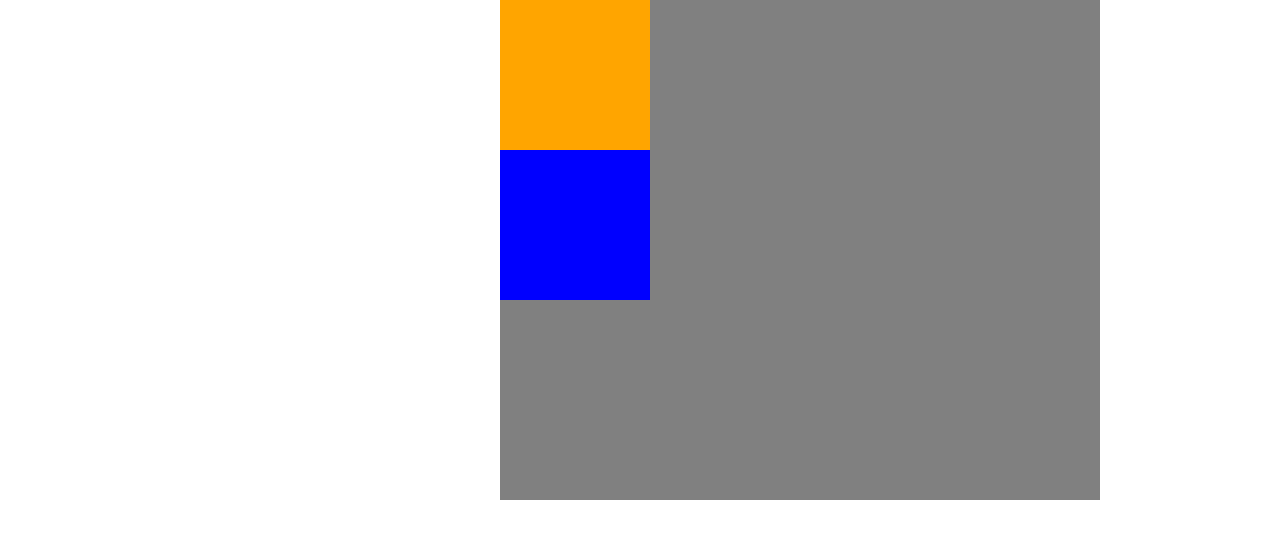
Repository: AytacSafarova/Task-12
Page: index.html
An editor plug-in stored every save of this project. The page is shown before and after a run of saves, followed by the edit.
The browser window is 1280 px wide. The pictures show the whole page.

Above is the page before, as saved 2023-07-27 13:53:15.

After the next 2 saves:
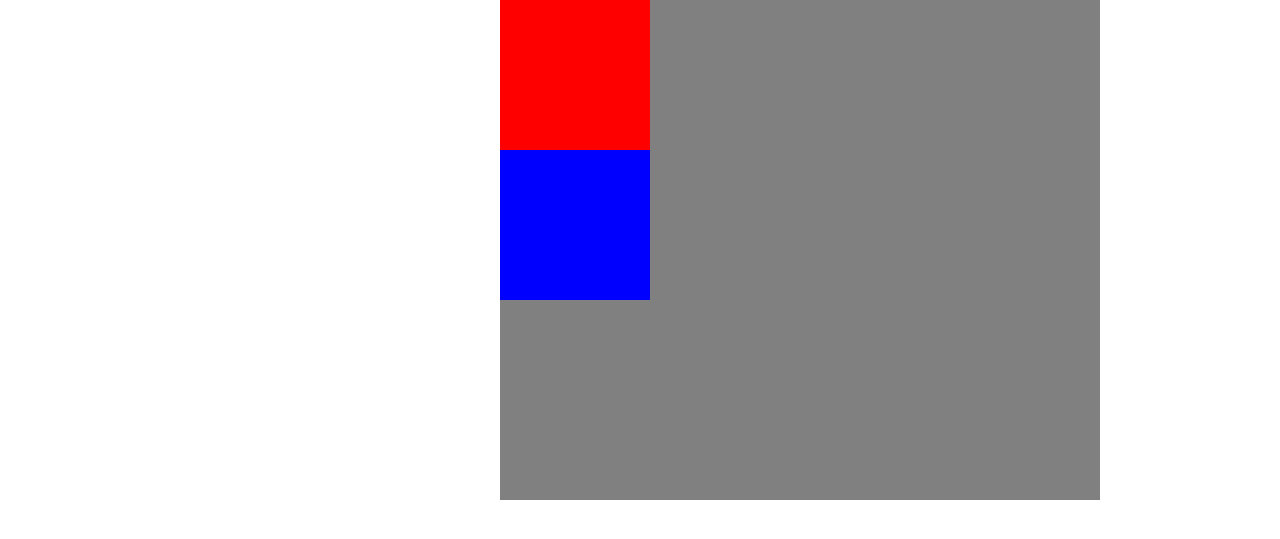
The 2 saves are shown as one change because they came seconds apart.
The last was saved 47 s later.
--- a/index.css
+++ b/index.css
@@ -22,6 +22,8 @@
 }
 .card:nth-child(2){
     background-color: red;
+    position: relative;
+    z-index: 3;
 }.card:nth-child(3){
     background-color: blue;
 }

After the 3 saves that followed:
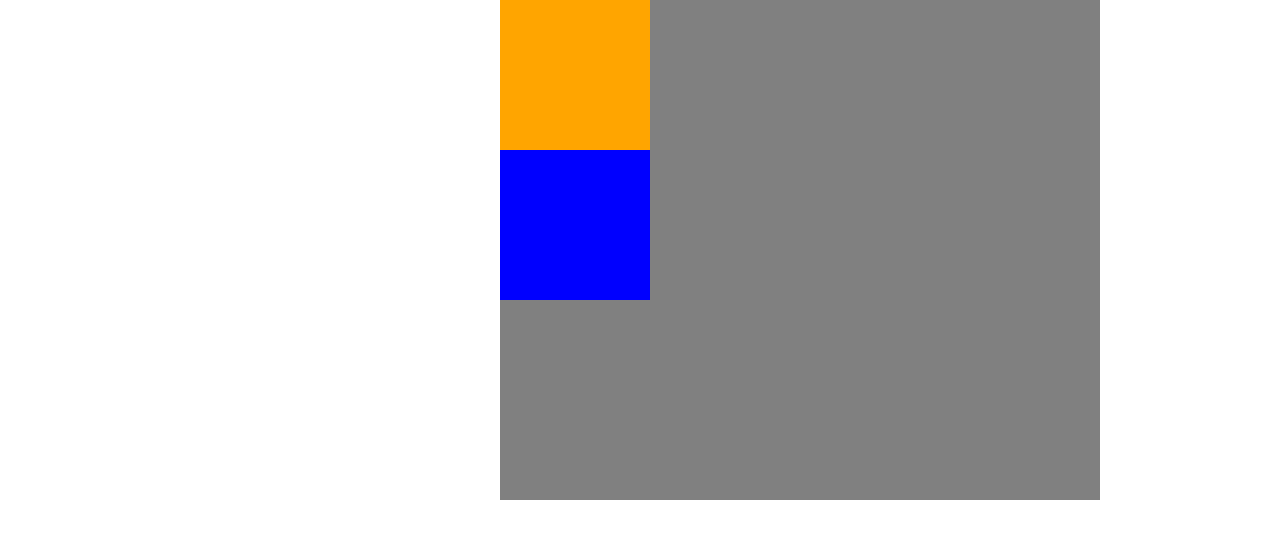
The 3 saves are shown as one change because they came seconds apart.
The last was saved 22 s later.
--- a/index.css
+++ b/index.css
@@ -18,12 +18,10 @@
 .card:first-child{
     background-color: orange;
     position: absolute;
-    /* left: 20px; */
+    left: bottom;
 }
 .card:nth-child(2){
     background-color: red;
-    position: relative;
-    z-index: 3;
 }.card:nth-child(3){
     background-color: blue;
 }
